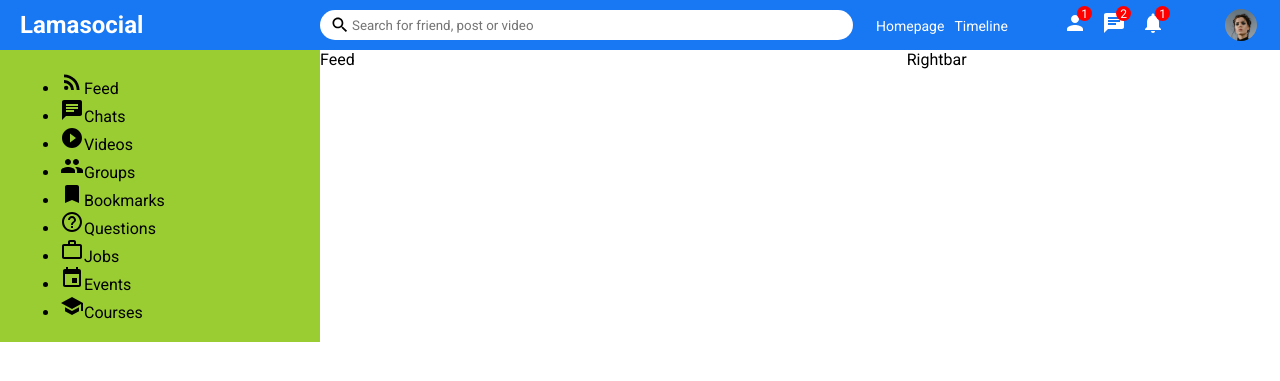
Repository: nazlinres01/react-social
Page: / (app in client/)
The author's editor kept a copy of each file at every save. The page is drawn from the files as they stood at one save, then again after the next save.
The browser window is 1280 px wide. The pictures show the whole page.
The project was rebuilt for these pictures with package versions that can differ from the ones it lists, and the page was loaded fresh each time.

Above is the page before, as saved 2024-06-11 16:30:01.

After the next save:
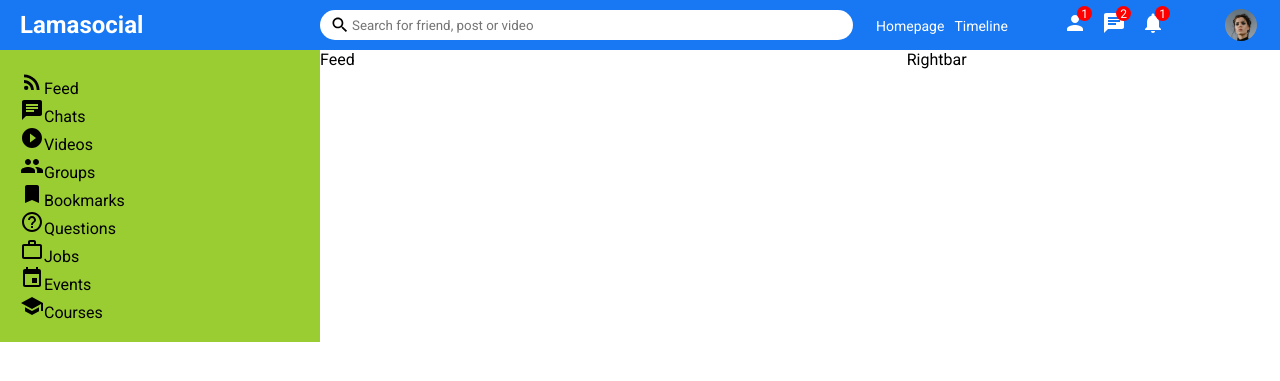
Saved 72 s later.
--- a/client/src/components/sidebar/sidebar.css
+++ b/client/src/components/sidebar/sidebar.css
@@ -7,3 +7,9 @@
     padding: 20px;
     background-color: yellowgreen;
 }
+
+.sidebarList {
+    padding: 0;
+    margin: 0;
+    list-style: none;
+}
